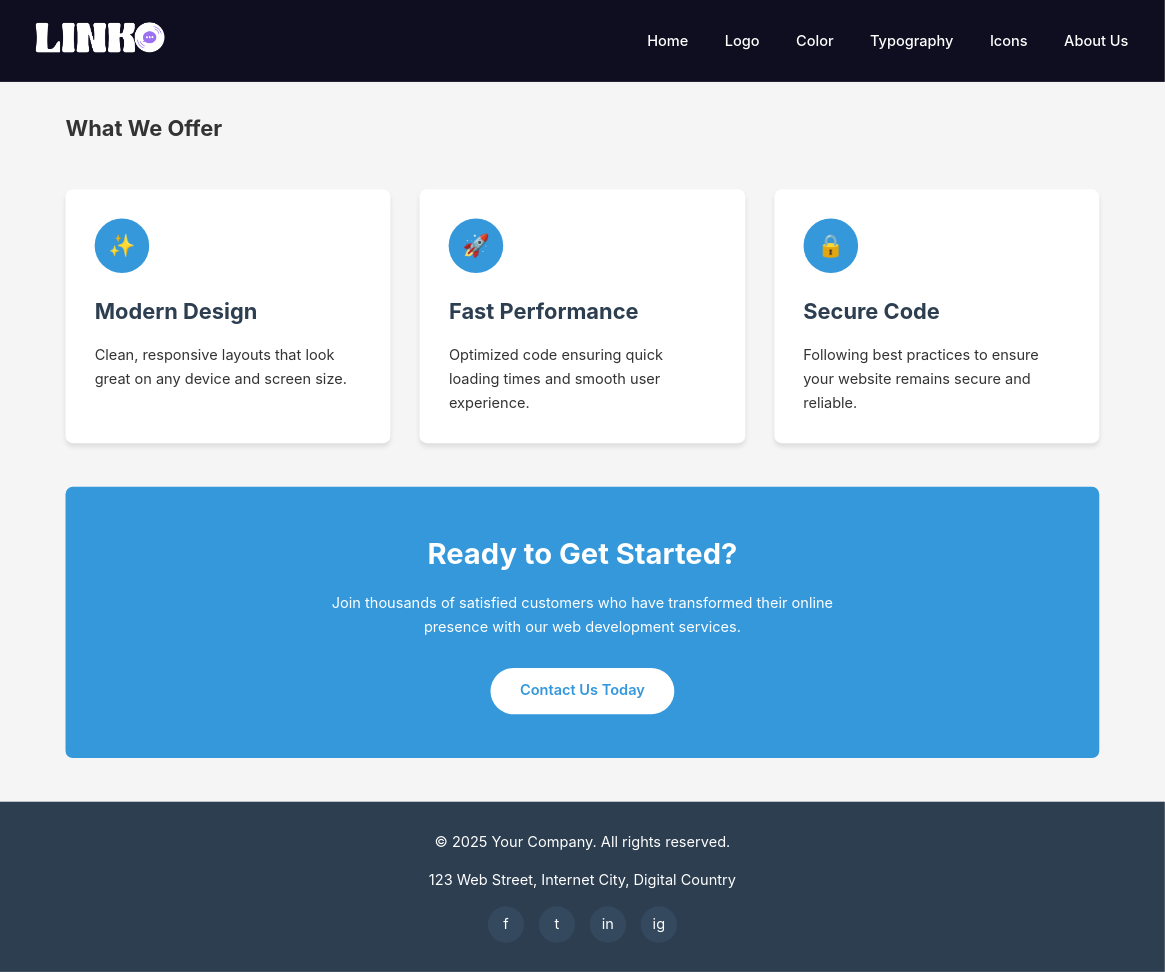
Repository: primcharlin/LINKO-A5Styleguide
Page: index.html
These files come from the project's save history. The page is drawn as it stood at one moment and after the next save; the edit follows.
The browser window is 1280 px wide. The pictures show the whole page, at 91% of full size.

Above is the page before, as saved 2025-04-09 14:05:39.

After the next save:
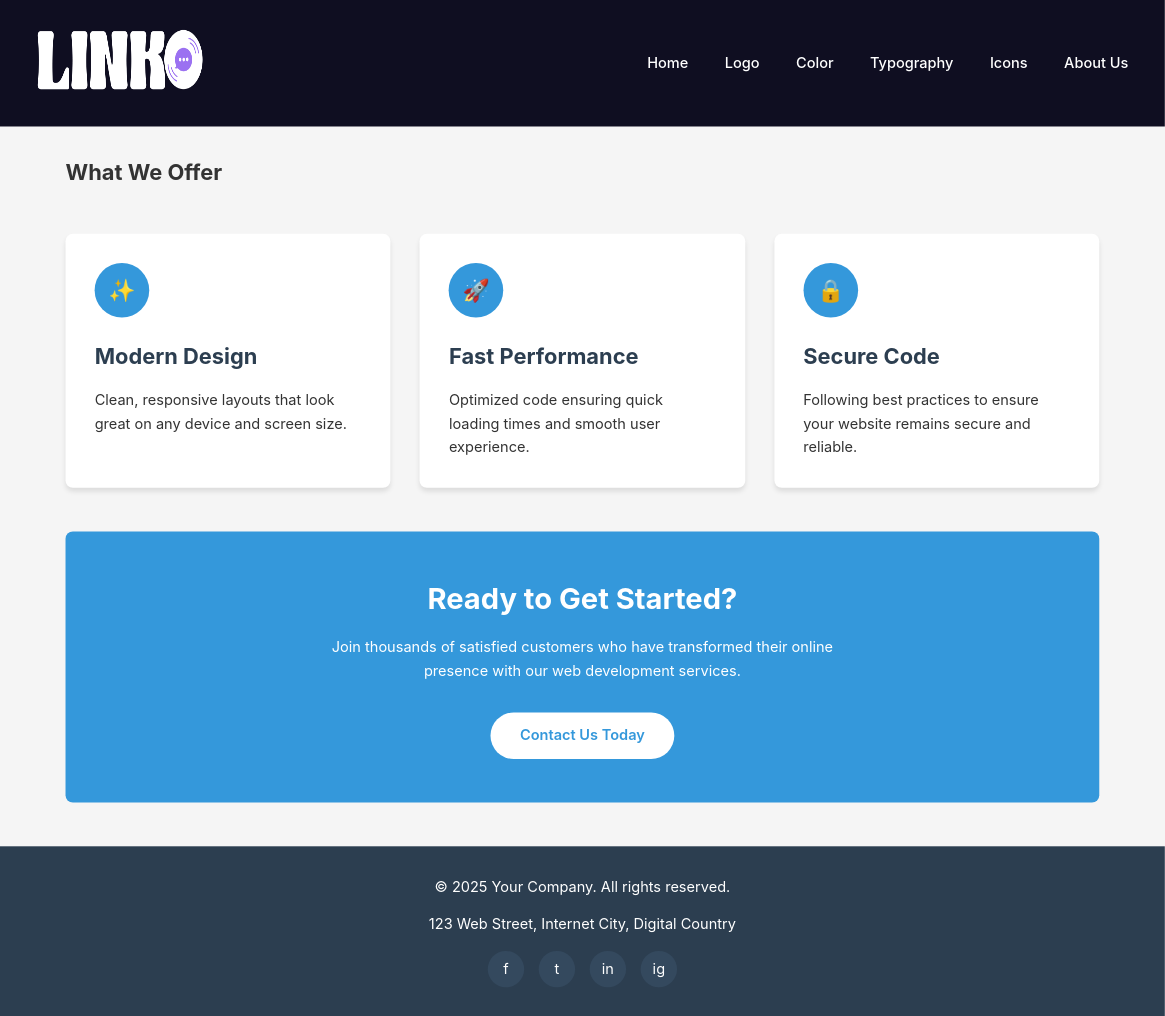
Saved 49 s later.
--- a/styles.css
+++ b/styles.css
@@ -24,7 +24,7 @@ header {
 }
 
 .logo img {
-    height: 50px; /* Adjust based on your preference */
+    height: 99px; /* Adjust based on your preference */
     width: auto; /* Maintains aspect ratio */
     max-width: 200px; /* Prevents logo from being too wide */
 }
